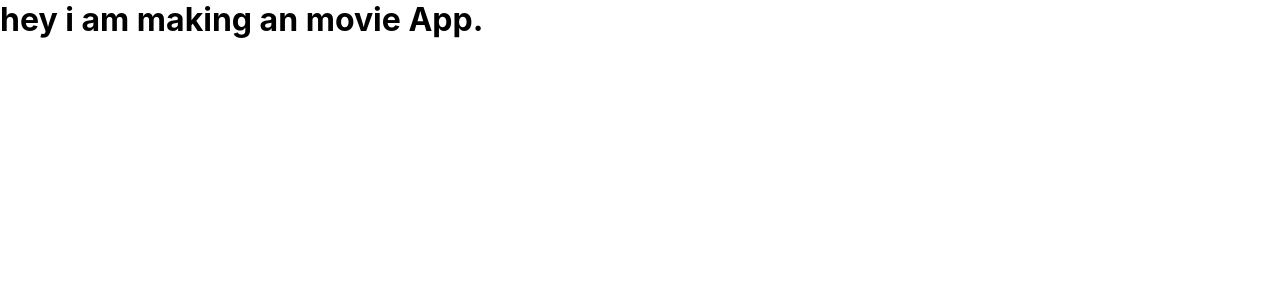
Repository: ramtoppo12/movieApp
Page: /
These files come from the project's save history. The page is drawn as it stood at one moment and after a run of saves; the edit follows.
The browser window is 1280 px wide. The pictures show the whole page.
The project was rebuilt for these pictures with package versions that can differ from the ones it lists, and the page was loaded fresh each time. Also part of the build but not shown: src/App.css.

Above is the page before, as saved 2020-11-09 19:38:55.

After the next 3 saves:
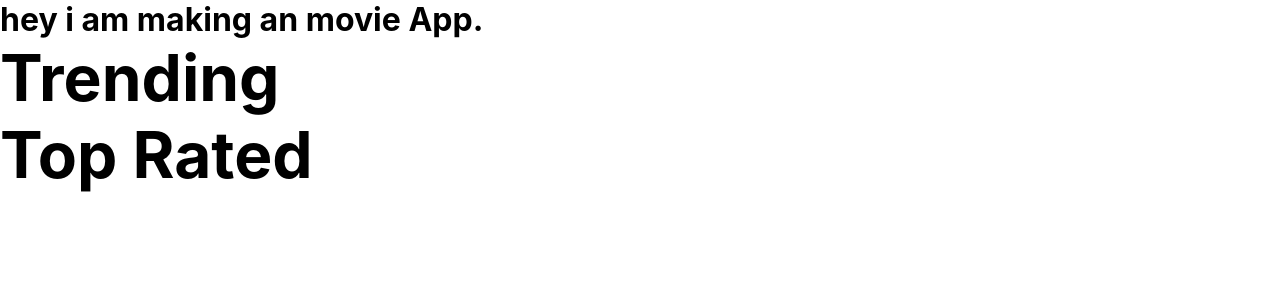
The 3 saves are shown as one change because 2 did not build or start.
The last was saved 73 s later.
--- a/src/Row.js
+++ b/src/Row.js
@@ -1,9 +1,9 @@
 import React from 'react'
 
-export default function Row(title) {
+export default function Row({title}) {
     return (
         <div>
-
+            <h1>{title}</h1>
         </div>
     )
 }
